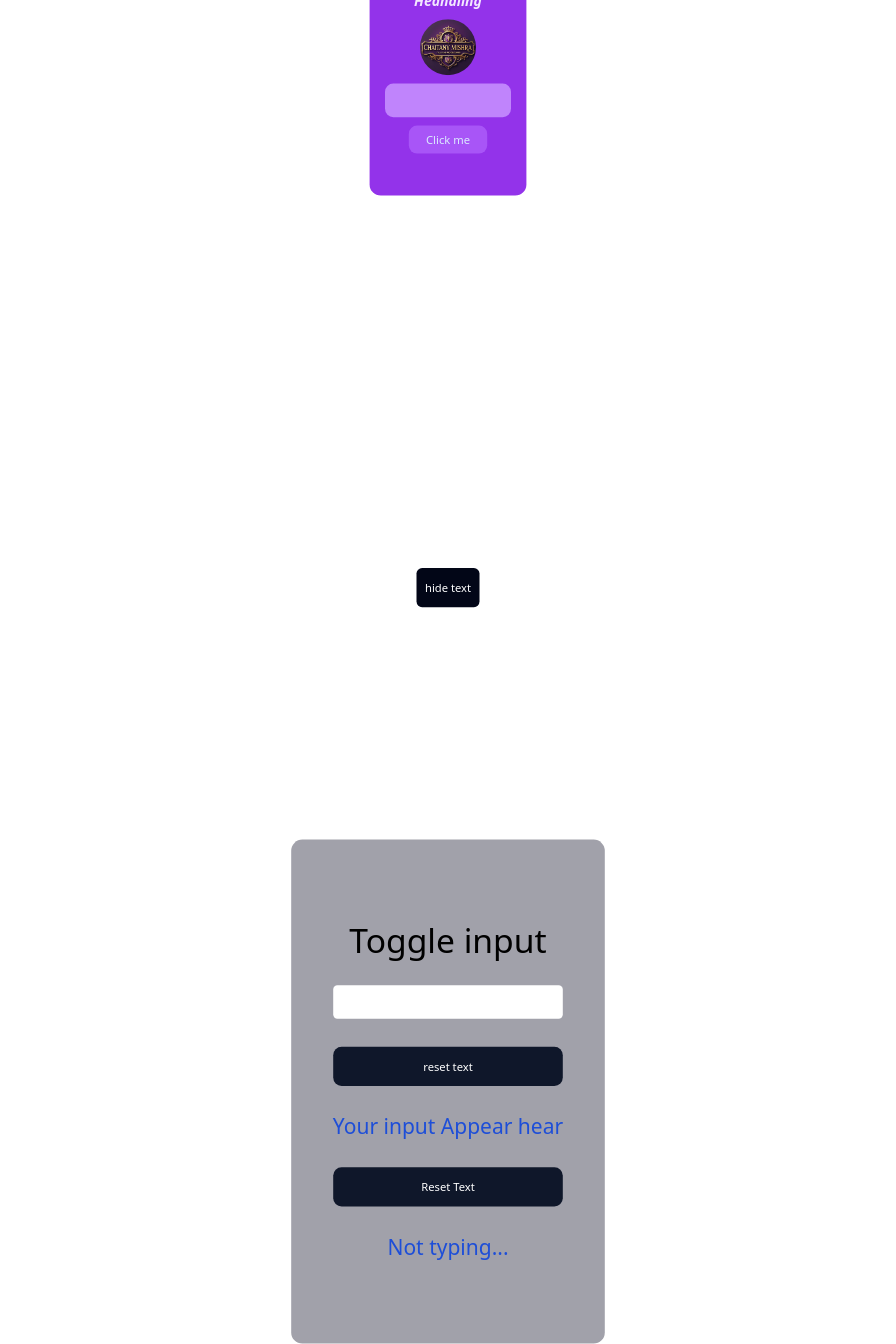
Repository: ChaitanyMishra/react-daily-work
Page: / (app in praticeForReact/revise-react/)
These files come from the project's save history. The page is drawn as it stood at one moment and after the next save; the edit follows.
The browser window is 1280 px wide. The pictures show the part of the page from y = 828 to 2748 px (the page is 2748 px tall), at 70% of full size.
The project was rebuilt for these pictures with package versions that can differ from the ones it lists, and the page was loaded fresh each time. Also part of the build but not shown: praticeForReact/revise-react/vite.config.js.

Above is the page before, as saved 2025-07-03 20:59:45.

After the next save:
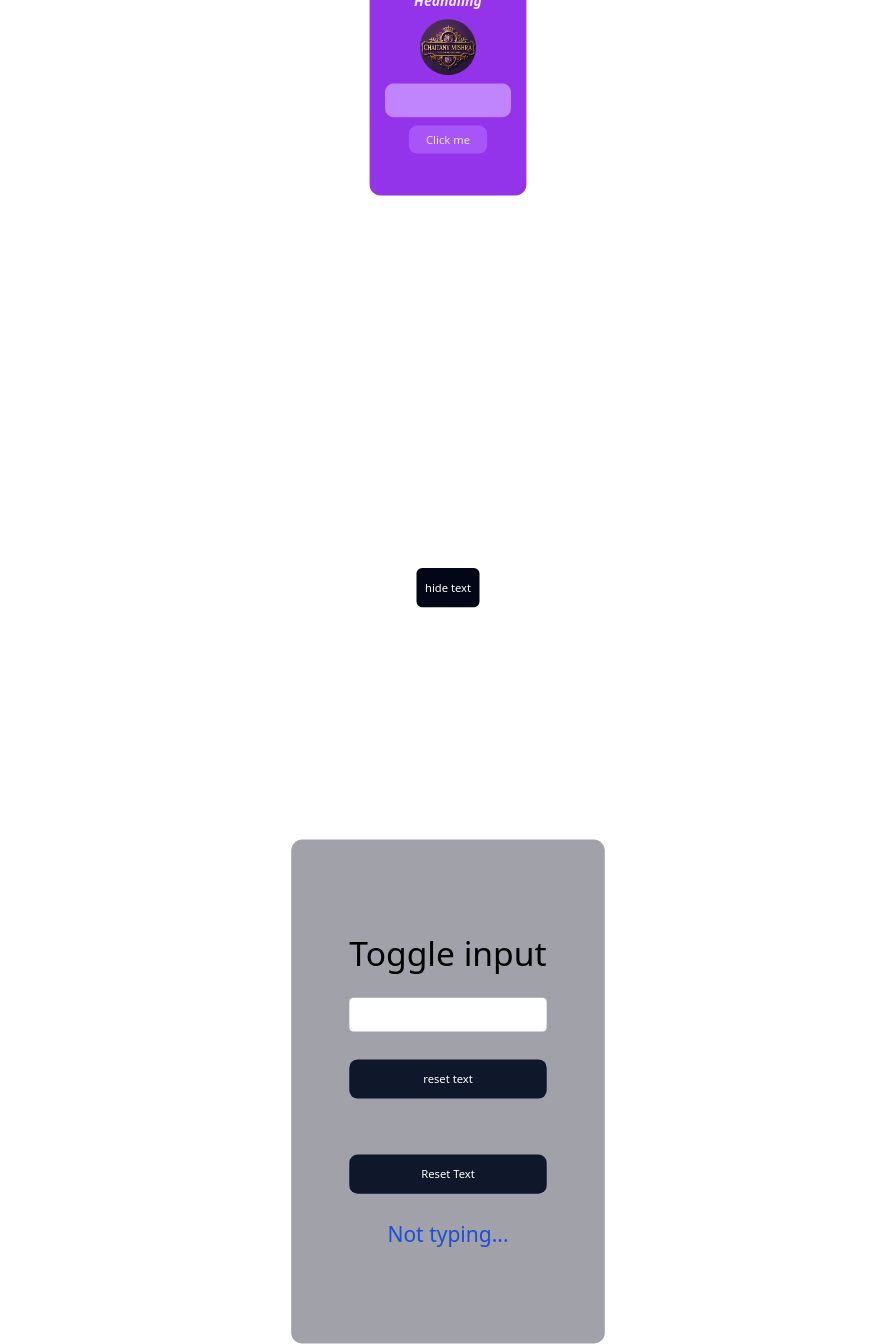
Saved 32 s later.
--- a/praticeForReact/revise-react/src/components/toggleInput.jsx
+++ b/praticeForReact/revise-react/src/components/toggleInput.jsx
@@ -22,7 +22,7 @@ function ToggleInput() {
         <h1 className='text-5xl text-center'>Toggle input</h1>
             <input type="text" className='px-4 py-3 rounded-md placeholder:enter text'  onChange={(e) => setInput(e.target.value)} />
             <button className='px-3 py-4 rounded-xl bg-slate-900 text-white' onClick={() =>{ setButtonState(!buttonState); if(buttonState === false) setInput("") }} >{buttonState ? "click me" : "reset text"} </button>
-            <p className=' text-3xl text-center text-blue-700' id='pera'>Your input Appear hear {input} </p>
+            <p className=' text-3xl text-center text-blue-700' id='pera'>{input} </p>
             <button  className='px-3 py-4 rounded-xl bg-slate-900 text-white'>Reset Text</button>
             <p className=' text-3xl text-center text-blue-700' >{typing}</p>
       </div>
